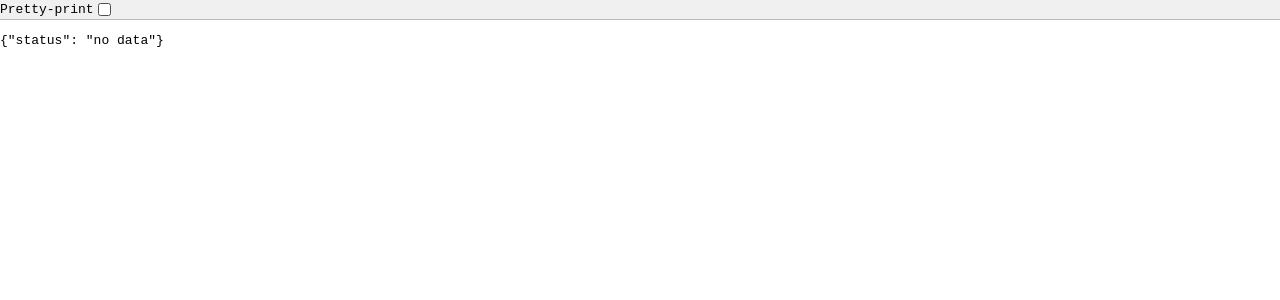
Repository: jasiil6546/Hospital_backend
Page: http://localhost/register
The author's editor kept a copy of each file at every save. The page is drawn from the files as they stood at one save, then again after a run of saves.
The browser window is 1280 px wide. The pictures show the whole page.
The page is served by the project's application, run on Django 5.2 (manage.py).

Above is the page before, as saved 2024-09-22 07:00:10.

After the next 3 saves:
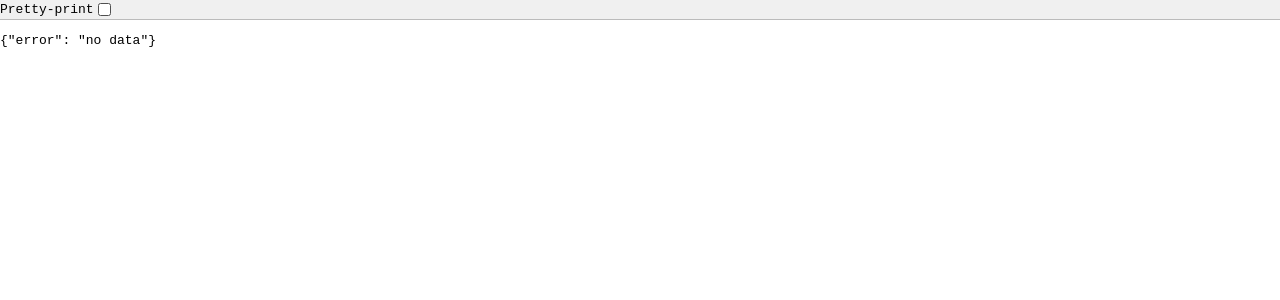
The 3 saves are shown as one change because they came seconds apart.
The last was saved 16 s later.
--- a/user_1/views.py
+++ b/user_1/views.py
@@ -31,7 +31,7 @@ def Registration(request):
 
                     return JsonResponse({'status':'sucess'})
     else:
-           return JsonResponse({'status':"no data"})
+           return JsonResponse({'error':"no data"})
 def login(request):
     Name= request.post.get('name')
     Password = request.post.get('password')
